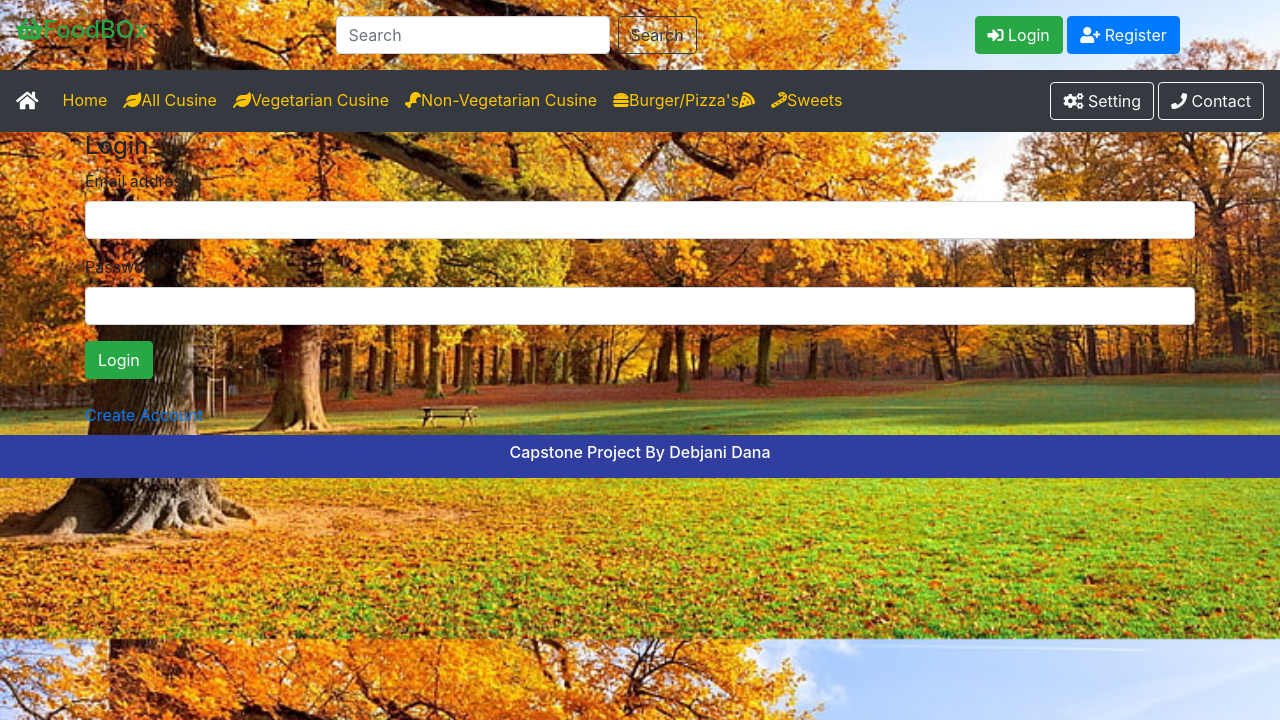
Repository: debjaniprofessional32/Capstone-Final-FoodBox-Delivery-Project
Page: http://localhost/OnlinFoodBOX/login.jsp
The author's editor kept a copy of each file at every save. The page is drawn from the files as they stood at one save, then again after the next save.
The browser window is 1280 px wide. The pictures show the whole page.
Some web libraries are served in a nearby version. The page is served by Tomcat 9. Other server files are loaded and not shown.

Above is the page before, as saved 2022-12-23 19:03:18.

### OnlinFoodBOX/src/main/webapp/login.jsp
<%@ page language="java" contentType="text/html; charset=ISO-8859-1"    pageEncoding="ISO-8859-1"%>
<%@ taglib prefix="c" uri="http://java.sun.com/jsp/jstl/core" %>
 <%@ page isELIgnored = "false" %>
<!DOCTYPE html>
<html>
<style>
body{

margin:0;
padding:0;
font-family:sans-serif;
background-image:url(img/mass/hd-images-1920x1200.jpg);
background-size:cover;
background-position:center;}
.cont{
width:400px;
box-shadow:0 0 3px 0 rgba(0,0,0,0.3);
background:#fff;
padding:20px;
margin:8% auto 8%;
text-align:center;

}
.text-left{
float:left;}
</style>
<head>
<meta charset="ISO-8859-1">
<title>Login Page</title>
<%@include file="all_Component/allCss.jsp"%>
<link rel="stylesheet" href="all_Component/style.css">
</head>
<%@include file="all_Component/navbar.jsp"%>
<div class="container">
<h4>Login</h4>
<c:if test="${not empty succMsg }">
<h5 class="text-center text-success">${succMsg}</h5>
<c:remove var="succMsg" scope="session"/>
</c:if>
<c:if test="${not empty failedMsg }">
<h5 class="text-center text-danger">${failedMsg}</h5>
<c:remove var="failedMsg" scope="session"/>
</c:if>
<form action="login" method="post">
<div class="form-group">
    <label for="email" class = "text-left">Email address</label>
    <input type="email" class="form-control" name="email"  required="required">
      </div>
<div class="form-group">
    <label for="Password" class = "text-left">Password</label>
    <input type="password" class="form-control" name="pwd"  required="required">
  </div>

  <button type="submit" class="btn btn-success">Login</button>
  <br>  <br>
  <a href="rejister.jsp">Create Account</a>
</form>

</div>


<%@include file="all_Component/footer.jsp"%>
<body>

</body>
</html>

### OnlinFoodBOX/src/main/webapp/all_Component/allCss.jsp
<link rel="stylesheet"
	href="https://cdn.jsdelivr.net/npm/bootstrap@4.0.0/dist/css/bootstrap.min.css"
	integrity="sha384-Gn5384xqQ1aoWXA+058RXPxPg6fy4IWvTNh0E263XmFcJlSAwiGgFAW/dAiS6JXm"
	crossorigin="anonymous">
<script src="https://code.jquery.com/jquery-3.2.1.slim.min.js"
	integrity="sha384-KJ3o2DKtIkvYIK3UENzmM7KCkRr/rE9/Qpg6aAZGJwFDMVNA/GpGFF93hXpG5KkN"
	crossorigin="anonymous"></script>
<script
	src="https://cdn.jsdelivr.net/npm/popper.js@1.12.9/dist/umd/popper.min.js"
	integrity="sha384-ApNbgh9B+Y1QKtv3Rn7W3mgPxhU9K/ScQsAP7hUibX39j7fakFPskvXusvfa0b4Q"
	crossorigin="anonymous"></script>
<script
	src="https://cdn.jsdelivr.net/npm/bootstrap@4.0.0/dist/js/bootstrap.min.js"
	integrity="sha384-JZR6Spejh4U02d8jOt6vLEHfe/JQGiRRSQQxSfFWpi1MquVdAyjUar5+76PVCmYl"
	crossorigin="anonymous"></script>
<link rel="stylesheet"
	href="https://cdnjs.cloudflare.com/ajax/libs/font-awesome/5.15.3/css/all.min.css"
	integrity="sha512-iBBXm8fW90+nuLcSKlbmrPcLa0OT92xO1BIsZ+ywDWZCvqsWgccV3gFoRBv0z+8dLJgyAHIhR35VZc2oM/gI1w=="
	crossorigin="anonymous" referrerpolicy="no-referrer" />

### OnlinFoodBOX/src/main/webapp/all_Component/navbar.jsp
 <%@ taglib prefix="c" uri="http://java.sun.com/jsp/jstl/core" %>
 <%@ page isELIgnored = "false" %>
 <style type="text/css">
 .navbar {
     background: #000000
 }

 .nav-item::after {
     content: '';
     display: block;
     width: 0px;
     height: 2px;
     background: #fec400;
     transition: 0.4s
 }

 .nav-item:hover::after {
     width: 100%
 }

 .navbar-dark .navbar-nav .active>.nav-link,
 .navbar-dark .navbar-nav .nav-link.active,
 .navbar-dark .navbar-nav .nav-link.show,
 .navbar-dark .navbar-nav .show>.nav-link,
 .navbar-dark .navbar-nav .nav-link:focus,
 .navbar-dark .navbar-nav .nav-link:hover {
     color: #fec400
 }

 .nav-link {
     padding: 10px 5px;
     transition: 0.2s
 }

 body{
     background-color:grey;
 }
</style>
<div class="container-fluid p-3">
	<div class="row">

		<div class="col-md-3 text-success">

<h4><i class='fa fa-shopping-basket'></i>FoodBOx</h4>
		</div>

		<div class="col-md-6">
			<form class="form-inline my-2 my-lg-0">
				<input class="form-control mr-sm-2" type="search"
					placeholder="Search" aria-label="Search">
				<button class="btn btn-outline-dark my-2 my-sm-0" type="submit">Search</button>
			</form>
		</div>
		<c:if test="${not empty userobj}">
		<div class="col-md-3">
		    <a href="checkout.jsp" class="mt-6"><i class='fas fa-cart-plus fa-2x '></i></a>
			<a href="login.jsp" class="btn btn-success"><i class='fas fa-user-plus'></i>&nbsp;${userobj.name}</a>
			<a href="logout" class="btn btn-primary "><i class='fas fa-sign-in-alt'></i>&nbsp;Logout</a>
		</div>

		</c:if>
		<c:if test="${empty userobj}">
		<div class="col-md-3">
			<a href="login.jsp" class="btn btn-success"><i class='fas fa-sign-in-alt'></i>&nbsp;Login</a>
			<a href="rejister.jsp" class="btn btn-primary "><i class='fas fa-user-plus'></i>&nbsp;Register</a>
		</div>

		</c:if>

	</div>



</div>


<nav class="navbar navbar-expand-lg navbar-dark bg-dark">
  <a class="navbar-brand " href="#"><i class="fas fa-home"></i></a>
  <button class="navbar-toggler" type="button" data-toggle="collapse" data-target="#navbarSupportedContent" aria-controls="navbarSupportedContent" aria-expanded="false" aria-label="Toggle navigation">
    <span class="navbar-toggler-icon"></span>
  </button>

  <div class="collapse navbar-collapse" id="navbarSupportedContent">
    <ul class="navbar-nav mr-auto">
      <li class="nav-item active "><a class="nav-link " href="index.jsp">Home <span class="sr-only">(current)</span></a></li>
      <li class="nav-item active"><a class="nav-link" href="all_veg.jsp"><i class="fa fa-leaf"></i>All Cusine</a></li>
      <li class="nav-item active"><a class="nav-link" href="all_veg1.jsp"><i class="fa fa-leaf"></i>Vegetarian Cusine</a></li>
      <li class="nav-item active"><a class="nav-link " href="all_nonveg.jsp"><i class='fas fa-drumstick-bite'></i>Non-Vegetarian Cusine</a></li>
      <li class="nav-item active"><a class="nav-link " href="all_Bpizza.jsp"><i class='fas fa-hamburger'></i>Burger/Pizza's<i class='fas fa-pizza-slice'></i></a></li>
      <li class="nav-item active"><a class="nav-link " href="all_sweet.jsp"><i class='fas fa-candy-cane'></i>Sweets</a></li>
    </ul>
    <form class="form-inline my-2 my-lg-0">
     <a class="btn btn-outline-light my-2 my-sm-0" href="setting.jsp" class="outline-light"><i class='fa fa-cogs '></i>&nbsp;Setting</a>
      <button class="btn btn-outline-light my-2 my-sm-0 ml-1" type="submit"><i class='fa fa-phone'></i>&nbsp;Contact</button>
    </form>
  </div>
</nav>

### OnlinFoodBOX/src/main/webapp/all_Component/footer.jsp
<div class="container-fluid text-center text-white p-2 mt-2" style="background-color:#303f9f;">
<h6>Capstone Project By Debjani Dana</h6>

</div>

### OnlinFoodBOX/src/main/webapp/all_Component/style.css
 .navbar-nav active .nav-link:hover {

    background-color:#b2ff59;
    text-color:#000000;
    border-radius:10px;
}
.navbar-item:hover {


    text-color:#000000;

}

.carousel {
  width:auto;
  height:400px;
}

After the next save:
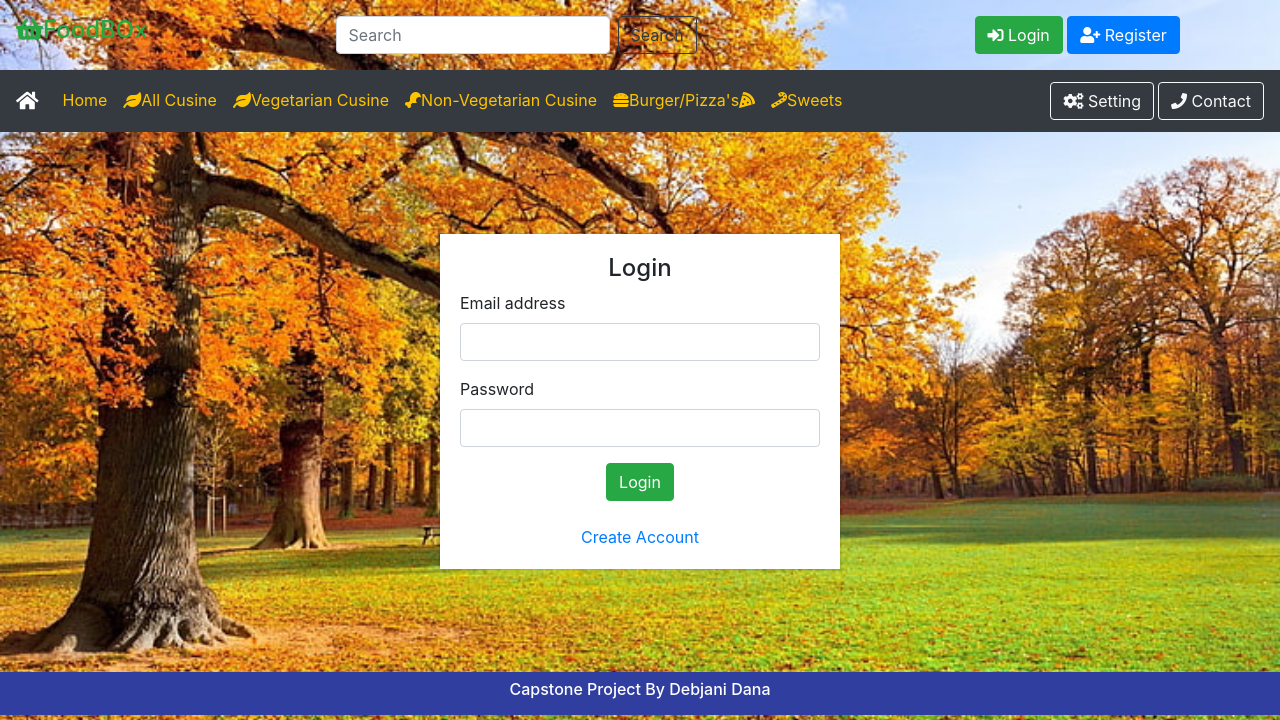
Saved 92 s later.
--- a/OnlinFoodBOX/src/main/webapp/login.jsp
+++ b/OnlinFoodBOX/src/main/webapp/login.jsp
@@ -31,7 +31,7 @@ float:left;}
 <link rel="stylesheet" href="all_Component/style.css">
 </head>
 <%@include file="all_Component/navbar.jsp"%>
-<div class="container">
+<div class="cont">
 <h4>Login</h4>
 <c:if test="${not empty succMsg }">
 <h5 class="text-center text-success">${succMsg}</h5>
